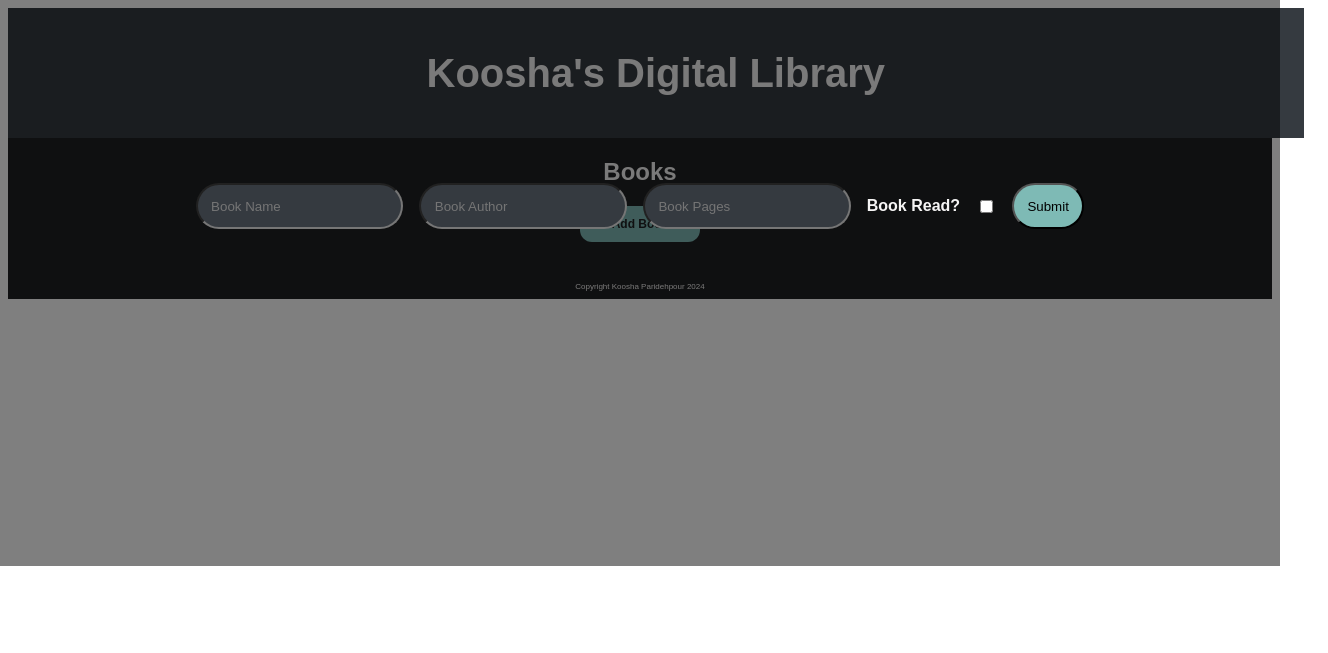
Repository: KooshaPari/odin-TTT
Page: index.html
The author's editor kept a copy of each file at every save. The page is drawn from the files as they stood at one save, then again after the next save.
The browser window is 1280 px wide. The page is 1304 px wide, then 1328 px, so the pictures cover 1328 px, including what lies to the right of the window. The pictures show the whole page.

Above is the page before, as saved 2024-03-14 21:53:03.
Console error: TypeError: Document.querySelector is not a function

### index.html
<!doctype html>
<html lang="en">
  <head>
    <meta charset="UTF-8" />
    <script src="./lib.js"></script>
    <link rel="stylesheet" href="./style.css" />
    <meta name="viewport" content="width=device-width, initial-scale=1.0" />
    <title>Document</title>
  </head>
  <body>
    <div id="parent">
      <div id="header">
        <h1>Koosha's Digital Library</h1>
      </div>
      <div id="body">
        <div class="isVisible" id="bookForm">
          <form id="bookAdd">
            <input type="text" class="inpForm" id="bookName" placeholder="Book Name" />
            <input type="text" class="inpForm" id="bookAuthor" placeholder="Book Author" />
            <input type="text" class="inpForm" id="bookPages" placeholder="Book Pages" />
            <label id="bookLBL">Book Read?</label>
            <input type="checkbox" class="inpForm" id="bookRead" placeholder="Book Read" />

            <button id="subBtn" type="submit">Submit</button>
          </form>
        </div>
        <h2 id="title">Books</h2>
        <button id="add-book">Add Book</button>
        <ol id="book-list"></ol>
      </div>
      <div id="footer">
        <p>Copyright Koosha Paridehpour 2024</p>
      </div>
    </div>
  </body>
</html>

### lib.js
const myLibrary = []
function Book(title, author, pages, read) {
  this.title = title
  this.author = author
  this.pages = pages
  this.read = read
}

function addBookToLibrary(book) {
  myLibrary.push(book)
}
const page = Document.querySelector('#body')
const bookList = Document.querySelector('#book-list')
const bookForm = Document.querySelector('#bookForm')
/* CREATE PREMADE CARD GENERIC THAT IS CLONE & MODIFIED WITH GIVEN INFORMATION */
function render() {
  for (let book of myLibrary) {
    bookList.appendChild(createBookCard(book))
  }
}
const addBook = document.querySelector('#add-book')
addBook.addEventListener('click', () => bookAddHandler())

function bookAddHandler() {
  bookForm.classList.toggle('isVisible')
}

### style.css
* {
  font-family: sans-serif;
}
#parent {
  background-color: #1f2022;
  width: 100%;
  height: 100%;
}
#header {
  background-color: #353a40;
  padding: 1.25%;
  width: 100%;
  height: 100%;
}
#header h1 {
  color: #f6f5f5;

  font-size: 2.5em;
}
#footer p {
  color: #f6f5f5;
  font-size: 0.5em;
}

#header,
#footer,
#body {
  display: flex;
  align-items: center;
  justify-content: center;
}
#title {
  color: #f6f5f5;
}
#body {
  flex-direction: column;
}
#add-book {
  color: #1f2022;
  background-color: #7ebab5;
  border-radius: 1em;
  border: none;
  padding: 0.5em;
  height: 3em;
  width: 10em;
  font-size: 12px;
  font-weight: bold;
  -webkit-border-radius: 1em;
  -moz-border-radius: 1em;
  -ms-border-radius: 1em;
  -o-border-radius: 1em;
}
#bookForm {
  position: absolute;
  width: 100%;
  height: 100%;
  margin: 3em;
  background-color: rgba(0, 0, 0, 0.5);
  align-items: center;
  justify-content: center;
  display: flex;
}
#bookAdd {
  align-items: center;
  justify-content: center;
  display: flex;
  gap: 1em;
}
.isVisible {
  visibility: visible;
}
#add-book:hover {
  background-color: #5e8d87;
}
#add-book:active {
  background-color: #3e6d67;
}
.inpForm {
  flex: 1;
  background-color: #353a40;
  padding: 1em;
  border-radius: 2em;
}
#bookRead {
  background-color: red;
}
#bookLBL {
  color: #f6f5f5;
  font-weight: bold;
}
#subBtn {
  background: #7ebab5;
  border-radius: 2em;
  padding: 1em;
  -webkit-border-radius: 2em;
  -moz-border-radius: 2em;
  -ms-border-radius: 2em;
  -o-border-radius: 2em;
}

After the next save:
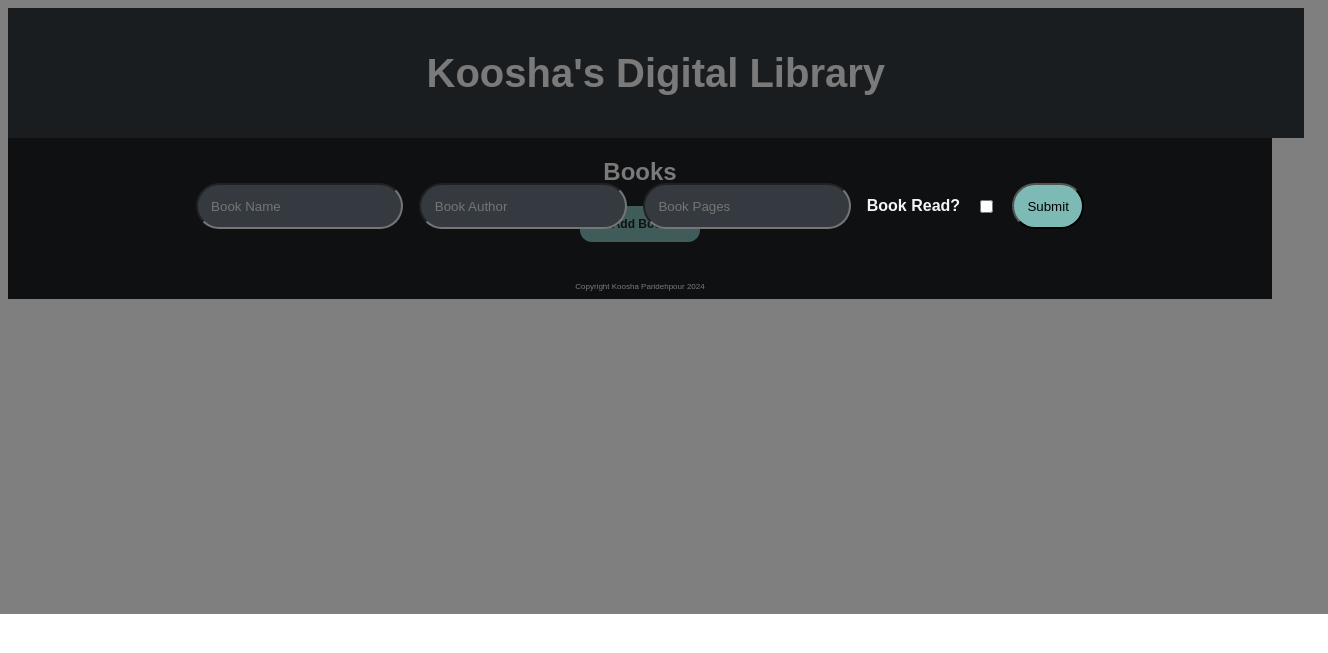
Saved 6 s later.
--- a/style.css
+++ b/style.css
@@ -54,7 +54,7 @@
   position: absolute;
   width: 100%;
   height: 100%;
-  margin: 3em;
+  padding: 3em;
   background-color: rgba(0, 0, 0, 0.5);
   align-items: center;
   justify-content: center;
